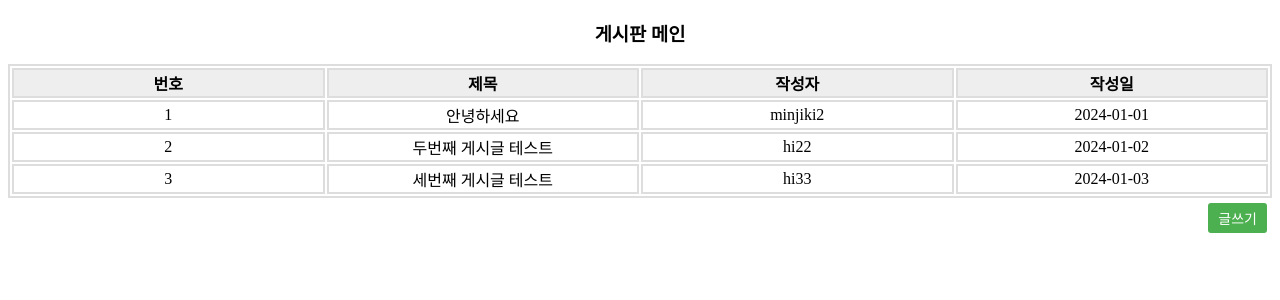
Repository: minjikimkim2222/BBS
Page: http://localhost/BBS/bbs.jsp
An editor plug-in stored every save of this project. The page is shown before and after the next save, followed by the edit.
The browser window is 1280 px wide. The pictures show the whole page.
The page is served by Tomcat 9. Other server files are loaded and not shown.

Above is the page before, as saved 2024-01-02 11:23:39.

### BBS/src/main/webapp/bbs.jsp
<%@ page language="java" contentType="text/html; charset=UTF-8"
    pageEncoding="UTF-8"%>
<!DOCTYPE html>
<html>
<head>

	<meta HTTP-EQUIV="content-type" CONTENT="text/html; CHARSET=UTF-8" charset = "UTF-8"> <!--  클라이언트 문자 인코딩 방식  -->
	<meta name="viewport" content="width=device-width, initial-scale=1.0">


	<style>
		.my-container-fluid {
		/* background-color : skyblue; */
		text-align: right;

		}

	/*
		.my-container {
			background-color : blue;
		}

		.my-row {
			background-color : pink;
		} */

		table, th, td {
			border : 2px solid #dddddd;
		}

		table {
		 	width : 100%;

		}

		.button {
    	margin: 5px; /* 간격 조절 */
    	font-size: 14px; /* 글자 크기 조절 */
    	text-decoration: none;
    	display: inline-block;
    	border-radius: 3px;

		padding: 5px 10px; /* 크기 조절 */
		background-color:  #4CAF50; /* Green */
		color: white;
		text-align: right;
		}



	</style>
	<title>bbs 게시판 화면</title>
</head>
<body>

<!-- 게시판 메인 페이지 영역 시작  -->

	<div class = "my-container">
		<div class = "my-row">
			<h3 style = "text-align : center;">게시판 메인</h3>

			<div class = "my-container-fluid">
				<table class = "table table-striped" style = "text-align : center;">
					<thead>
						<tr>
							<th style = "background-color : #eeeeee" >번호</th>
							<th style = "background-color : #eeeeee">제목</th>
							<th style = "background-color : #eeeeee">작성자</th>
							<th style = "background-color : #eeeeee">작성일</th>
						</tr>
					</thead>
					<tbody>
						<tr>
							<td width = "25%">1</td>
							<td width = "25%">안녕하세요</td>
							<td width = "25%">minjiki2</td>
							<td width = "25%">2024-01-01</td>
						</tr>

						<tr>
							<td width = "25%">2</td>
							<td width = "25%">두번째 게시글 테스트</td>
							<td width = "25%">hi22</td>
							<td width = "25%">2024-01-02</td>
						</tr>

						<tr>
							<td width = "25%">3</td>
							<td width = "25%">세번째 게시글 테스트</td>
							<td width = "25%">hi33</td>
							<td width = "25%">2024-01-03</td>
						</tr>
					</tbody>
				</table>

			<!-- 글쓰기 버튼 생성, 버튼 누르면 write.jsp 페이지로 이동할 것 -->
				<a href = "write.jsp" class = "button">글쓰기</a>
			</div>
		</div>
	</div>
</body>
</html>

After the next save:
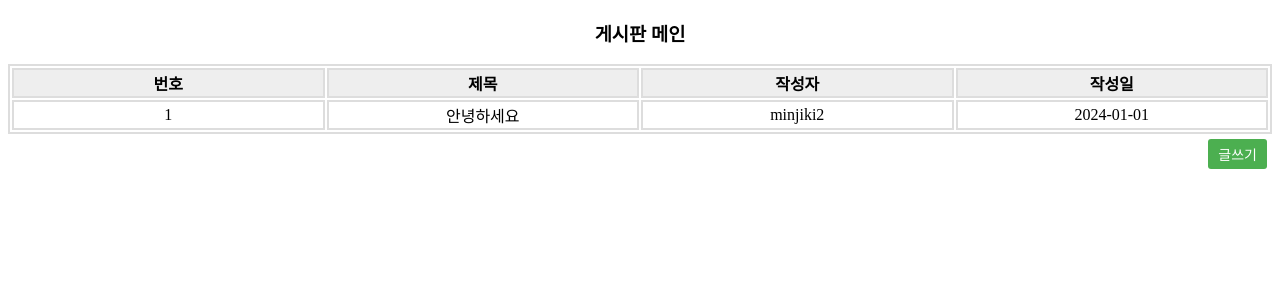
Saved 2 min 22 s later.
--- a/BBS/src/main/webapp/bbs.jsp
+++ b/BBS/src/main/webapp/bbs.jsp
@@ -76,7 +76,7 @@
 							<td width = "25%">minjiki2</td>
 							<td width = "25%">2024-01-01</td>
 						</tr>
-
+<!--
 						<tr>
 							<td width = "25%">2</td>
 							<td width = "25%">두번째 게시글 테스트</td>
@@ -89,7 +89,7 @@
 							<td width = "25%">세번째 게시글 테스트</td>
 							<td width = "25%">hi33</td>
 							<td width = "25%">2024-01-03</td>
-						</tr>
+						</tr> -->
 					</tbody>
 				</table>
 
